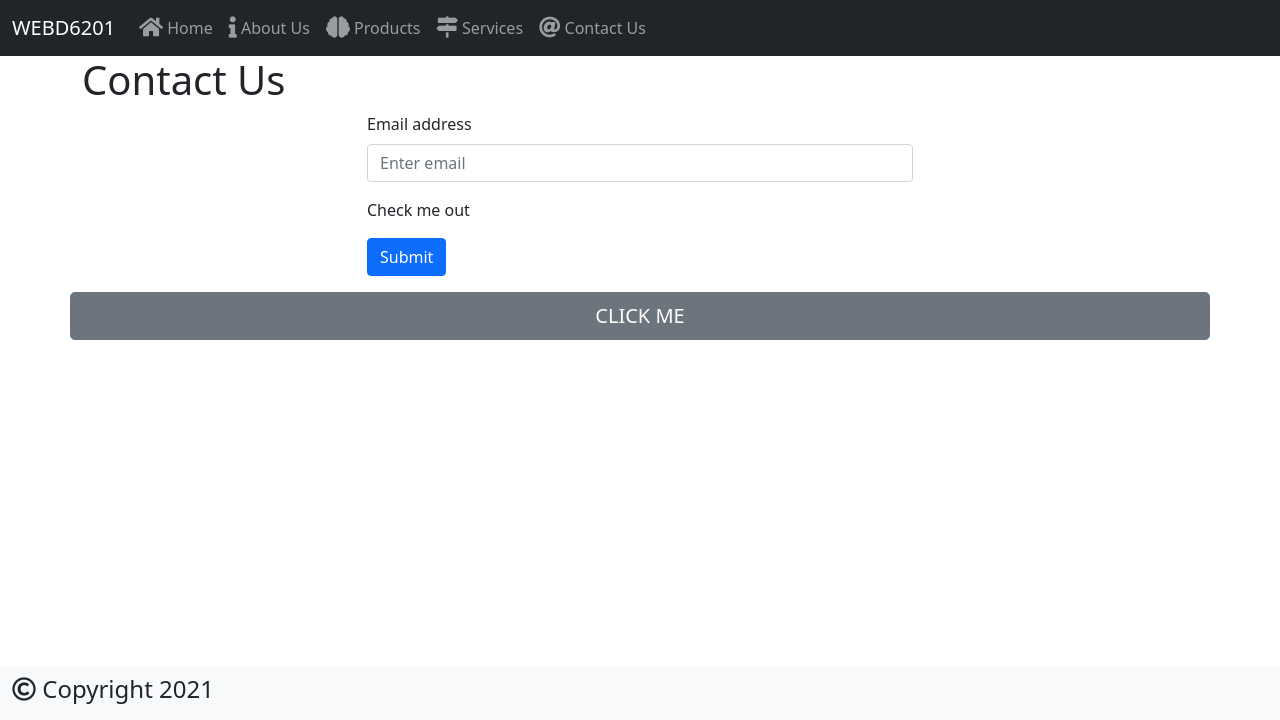
Repository: GarlicButterBoy/WEBD6201-Week1
Page: contact.html
These files come from the project's save history. The page is drawn as it stood at one moment and after a run of saves; the edit follows.
The browser window is 1280 px wide. The pictures show the whole page.

Above is the page before, as saved 2021-01-21 09:22:05.

### contact.html
<!DOCTYPE html>
<html lang="en">
<head>
    <meta charset="UTF-8">
    <meta name="viewport" content="width=device-width, initial-scale=1.0">
    <title>Contact Us</title>

    <!-- CSS Section -->
    <link rel="stylesheet" href="./node_modules/bootstrap/dist/css/bootstrap.min.css">
    <link rel="stylesheet" href="./node_modules/@fortawesome/fontawesome-free/css/all.min.css">
    <link rel="stylesheet" href="./Content/app.css">

</head>
<body>
       <!-- Main Nav Header -->

       <header>
         <!--Main Navigation-->
        <nav class="navbar navbar-expand-lg navbar-dark bg-dark">
            <div class="container-fluid">
              <a class="navbar-brand" href="index.html">WEBD6201</a>
              <button class="navbar-toggler" type="button" data-bs-toggle="collapse" data-bs-target="#navbarSupportedContent" aria-controls="navbarSupportedContent" aria-expanded="false" aria-label="Toggle navigation">
                <span class="navbar-toggler-icon"></span>
              </button>
              <div class="collapse navbar-collapse" id="navbarSupportedContent">
                <ul class="navbar-nav ml-auto mb-2 mb-lg-0">

                  <li class="nav-item">
                    <a class="nav-link" aria-current="page" href="index.html">
                        <i class="fas fa-home fa-lg"></i> Home</a>
                  </li>

                  <li class="nav-item">
                    <a class="nav-link" aria-current="page" href="about.html">
                        <i class="fas fa-info fa-lg"></i> About Us</a>
                  </li>

                  <li class="nav-item">
                    <a class="nav-link" aria-current="page" href="products.html">
                        <i class="fas fa-brain fa-lg"></i> Products</a>
                  </li>

                  <li class="nav-item">
                    <a class="nav-link" aria-current="page" href="services.html">
                        <i class="fas fa-map-signs fa-lg"></i> Services</a>
                  </li>

                  <li class="nav-item  active">
                    <a class="nav-link" aria-current="page" href="contact.html">
                        <i class="fas fa-at fa-lg"></i> Contact Us</a>
                  </li>

                </ul>
              </div>
            </div>
          </nav>
    </header>
<!--Main Content-->
    <main class="container">
        <h1>Contact Us</h1>

        <div class="row justify-content-lg-center">
        <form class="col-lg-6 col-md-10 col-sm-10">

          <div class="mb-3">
            <label for="exampleInputEmail1" class="form-label">Email address</label>
            <input type="email" class="form-control" id="exampleInputEmail1" aria-describedby="emailHelp" placeholder="Enter email">
          </div>


          <div class="mb-3">
            <label class="form-check-label" class="form-check-label" for="exampleCheck1">Check me out</label>
          </div>
          <button type="submit" class="btn btn-primary">Submit</button>
        </form>

        <p id="paragraphOne" ></p>
        <button class="btn btn-secondary btn-lg" id="clickMeButton">CLICK ME</button>

      </div>
    </main>
<!--Main Footer-->
    <footer>
        <nav class="navbar fixed-bottom navbar-light bg-light">
            <div class="container-fluid">
              <h4><i class="far fa-copyright" ></i> Copyright 2021</h4>
            </div>
        </nav>
    </footer>

    <!-- JavaScript Section -->
    <script src="./node_modules/jquery/dist/jquery.min.js"></script>
    <script src="./node_modules/bootstrap/dist/js/bootstrap.bundle.min.js"></script>
    <script src="./Scripts/app.js"></script>

</body>
</html>

### Content/app.css
/*
 * Custom CSS goes here!
 */

### Scripts/app.js
/*
 * Custom Scripts go here!
 */

//IIFE - Immediately Invoked Function Expression
//AKA - Anonymous Self-Executing Function
//Closure - Limits Scope Leak

"use strict";

(function()
{

    function displayHome()
    {

    }

    function displayAbout()
    {

    }

    function displayProducts()
    {

    }

    function displayServices()
    {

    }

    function displayContact()
    {

    }

    //Initialization Function
    function Start()
    {

       console.log("App Started...");
       switch(document.title)
       {
           case 'Home':
               displayHome();
               break;
           case 'About':
               displayAbout();
               break;
           case 'Products':
               displayProducts();
               break;
           case 'Services':
               displayServices();
               break;
           case 'Contact':
               displayContact();
               break;
       }

/*
       let paragraphOneText = "This is a simple site to demonstrate DOM Manipulation for ICE 01.";

       let paragraphOneElement = document.getElementById("paragraphOne");

       paragraphOneElement.className = "fs-5 fw-bold";
       paragraphOneElement.textContent = paragraphOneText;

       //Step 1. document.createElement
       let newParagraph = document.createElement("p");
       //Step 2. Configure the element
       newParagraph.setAttribute("id", "paragraphTwo");
       newParagraph.textContent = "...And this is paragraph Two.";
       //Step 3. Select the parent
       let mainContent = document.getElementsByTagName("main")[0];
       //Step 4. Add/Insert the element
       mainContent.appendChild(newParagraph);

       paragraphTwo.className = "fs-6";

       //Another way to inject a comment
       let paragraphDiv = document.createElement('div');
       let paragraphThree = `<p class="fs-7" fw-bold>This is the third paragraph.</p>`;
       paragraphDiv.innerHTML = paragraphThree;

       //Insertion Before
       //paragraphTwo.before(paragraphDiv);

       //Insertion After
       paragraphTwo.after(paragraphDiv);

       //deletions
       //target an element
       //paragraphOneElement.remove();//remove a single element
       //target a child (rough)
       mainContent.removeChild(paragraphOneElement);

       //updates/modifications
       //paragraphTwoElement.firstChild.textContent = "This is an update. Welcome back!";
       mainContent.firstElementChild.textContent = "This is an update. Welcome back!";

        mainContent.innerHTML =
        `
        <h1 id="firstHeading">Welcome to Webd6201 - Lab 1</h1>
        <p id="firstParagraph" class="fw-bold">This is the first paragraph</p>
        `;
*/
       for (let index = 0; index < 5; index++)
       {

        console.log(index);

        let clickMeButton = document.getElementById("clickMeButton");



        clickMeButton.addEventListener("click", ()=>
        {
            console.log("Click me button was depressed :(");
        });
       }
    }
    //Event Listener
    window.addEventListener("load", Start);

})();

Loaded but not shown: node_modules/bootstrap/dist/css/bootstrap.min.css (library); node_modules/@fortawesome/fontawesome-free/css/all.min.css (library); node_modules/jquery/dist/jquery.min.js (library); node_modules/bootstrap/dist/js/bootstrap.bundle.min.js (library)

After the next 2 saves:
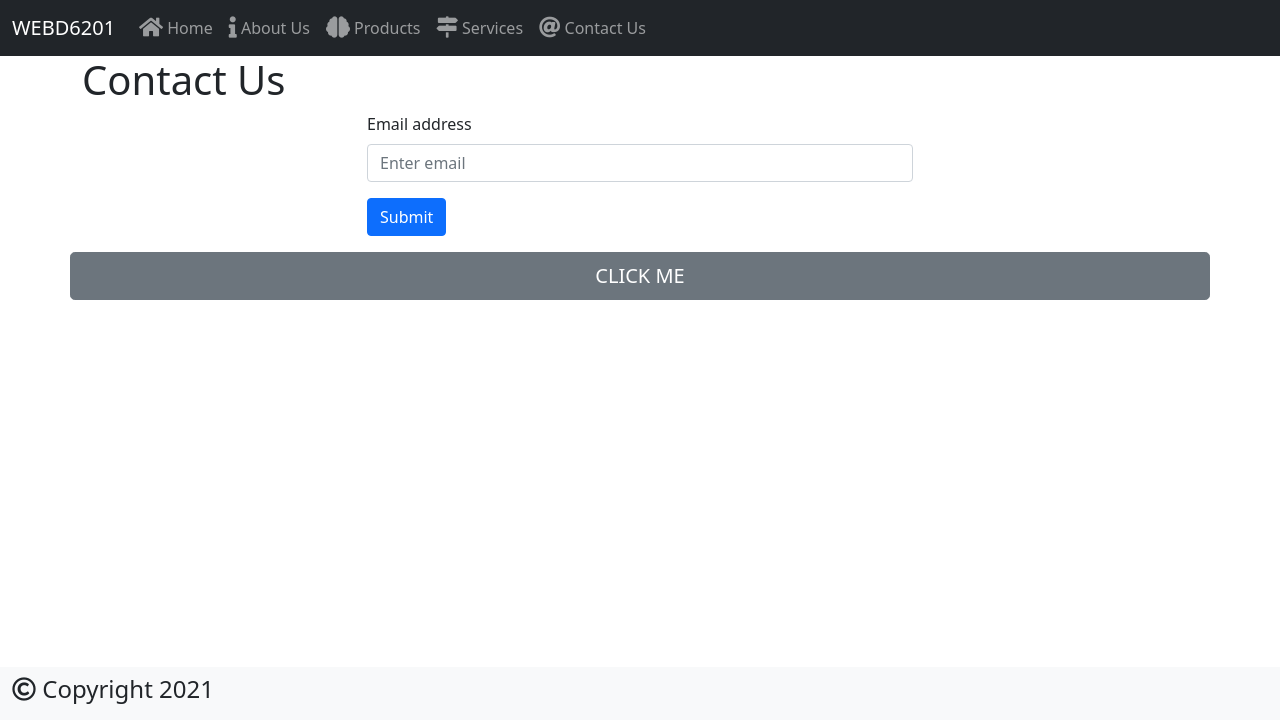
The 2 saves are shown as one change because they came seconds apart.
The last was saved 11 s later.
--- a/contact.html
+++ b/contact.html
@@ -67,10 +67,6 @@
             <input type="email" class="form-control" id="exampleInputEmail1" aria-describedby="emailHelp" placeholder="Enter email">
           </div>
 
-
-          <div class="mb-3">
-            <label class="form-check-label" class="form-check-label" for="exampleCheck1">Check me out</label>
-          </div>
           <button type="submit" class="btn btn-primary">Submit</button>
         </form>
 
